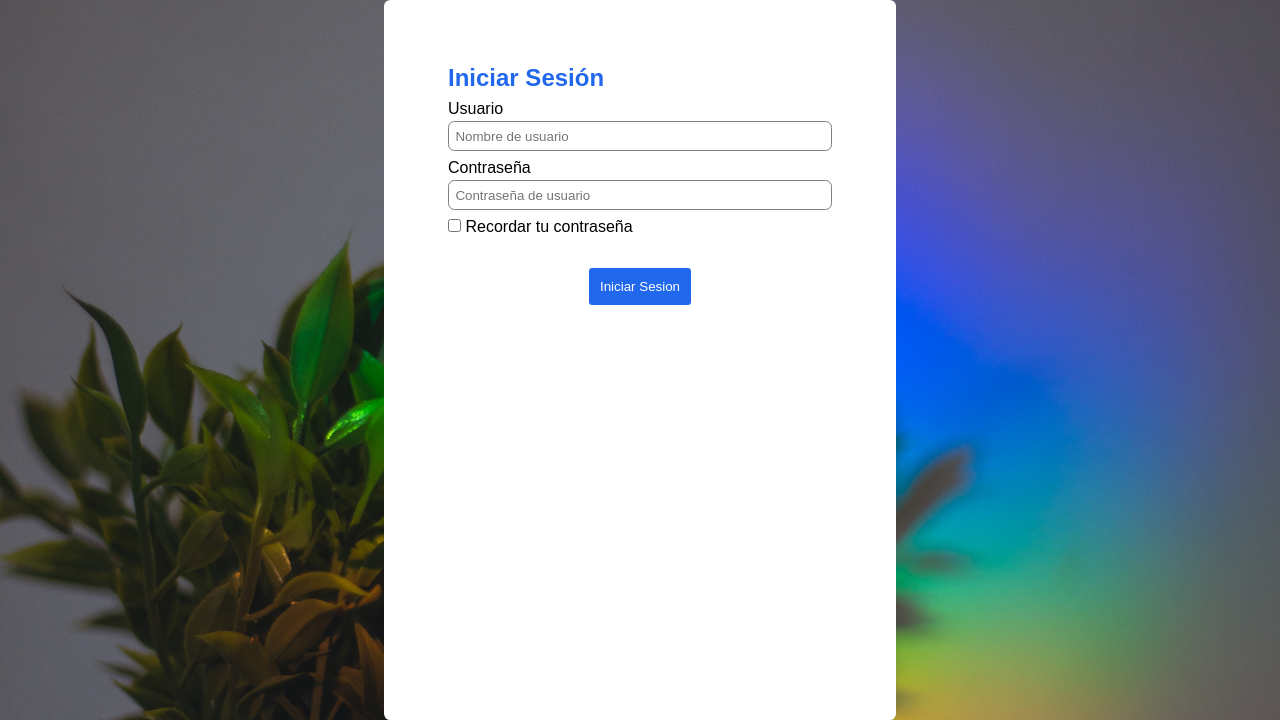
Repository: TzMichaelYT/ModuloHTMLCSS
Page: formularioHTML/index.html
These files come from the project's save history. The page is drawn as it stood at one moment and after the next save; the edit follows.
The browser window is 1280 px wide. The pictures show the whole page.

Above is the page before, as saved 2021-07-14 21:02:53.

After the next save:
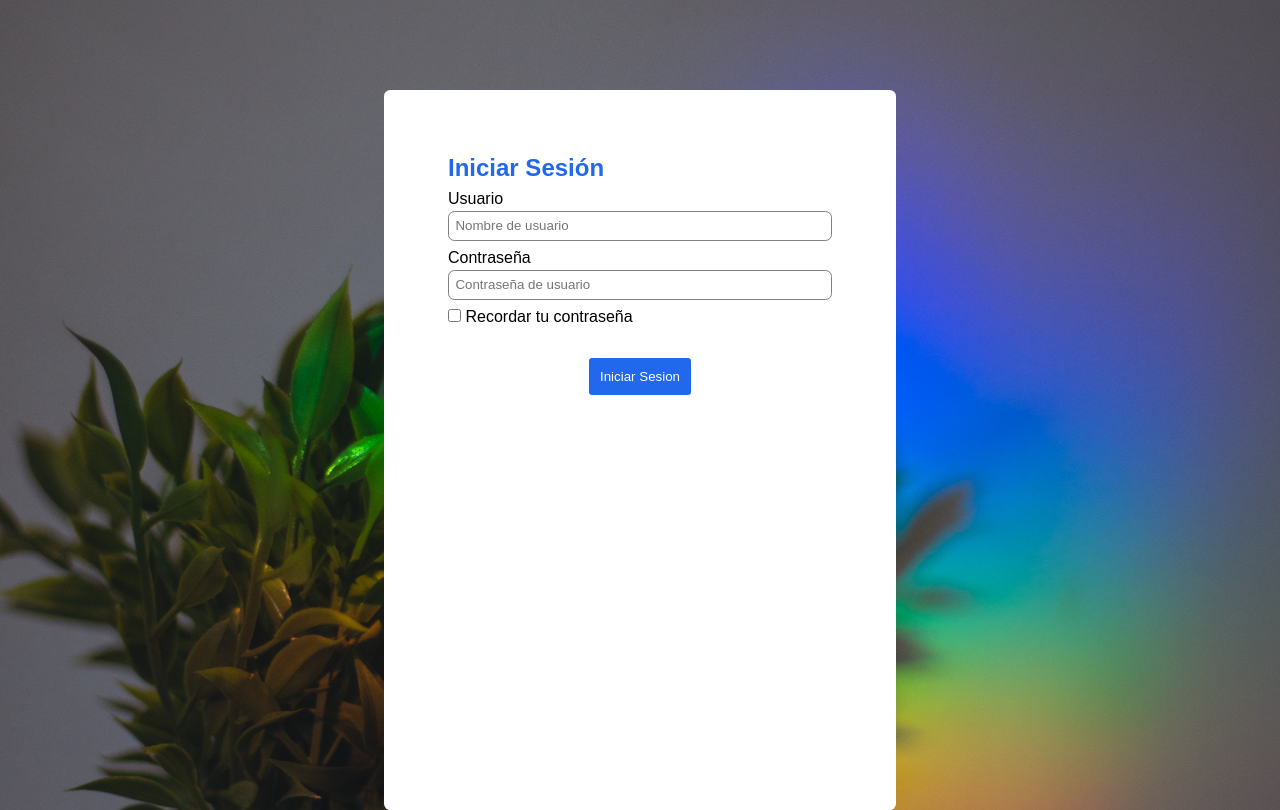
Saved 15 s later.
--- a/formularioHTML/styles/styles.css
+++ b/formularioHTML/styles/styles.css
@@ -76,4 +76,5 @@
     height: 100vh;
     display: flex;
     justify-content: center;
+    margin-top: 7%;
 }
